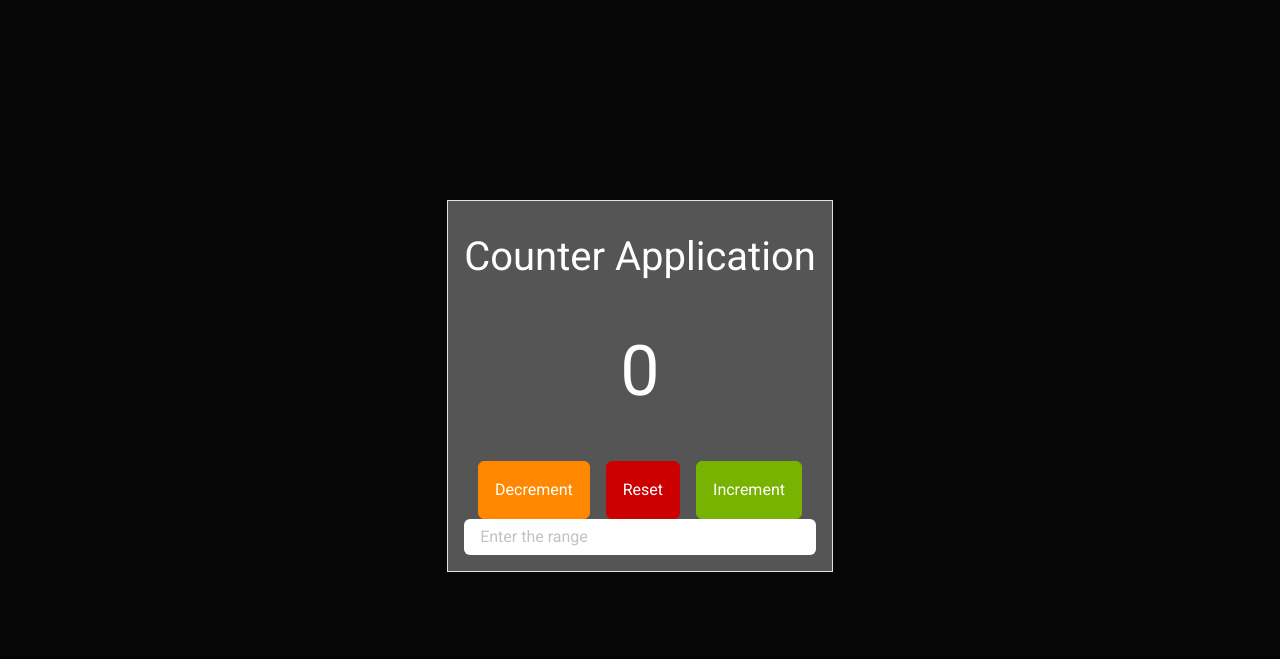
Repository: Afraz13/Emoboo
Page: /
These files come from the project's save history. The page is drawn as it stood at one moment and after the next save; the edit follows.
The browser window is 1280 px wide. The pictures show the whole page.
The project was rebuilt for these pictures with package versions that can differ from the ones it lists, and the page was loaded fresh each time.

Above is the page before, as saved 2024-08-15 16:12:48.

After the next save:
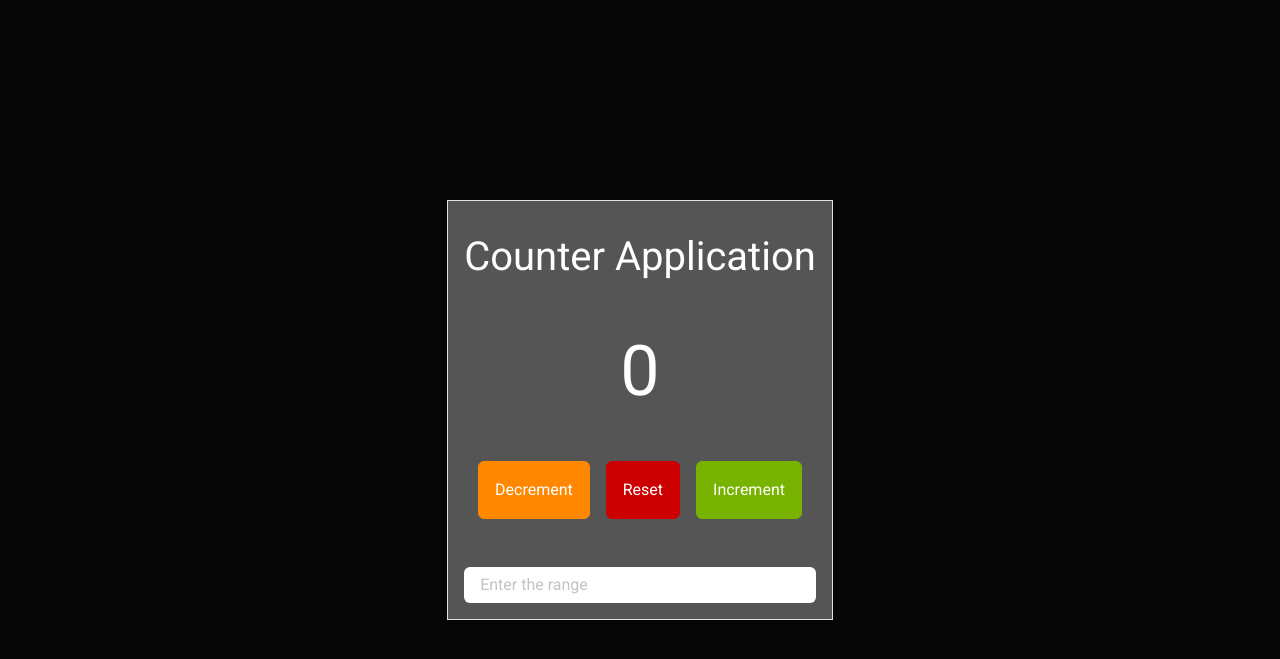
Saved 5 s later.
--- a/src/compontent/Counter.jsx
+++ b/src/compontent/Counter.jsx
@@ -18,7 +18,7 @@ function Counter() {
             <button onClick={()=>dispatch(increment())} className='btn btn-success p-3 ms-3'>Increment</button>
 
         </div>
-        <div className='mt-'>
+        <div className='mt-5 w-100'>
           <input type="text" placeholder='Enter the range' className='form-control' style={{borderColor:'blue'}} />
         </div>
         </div>
